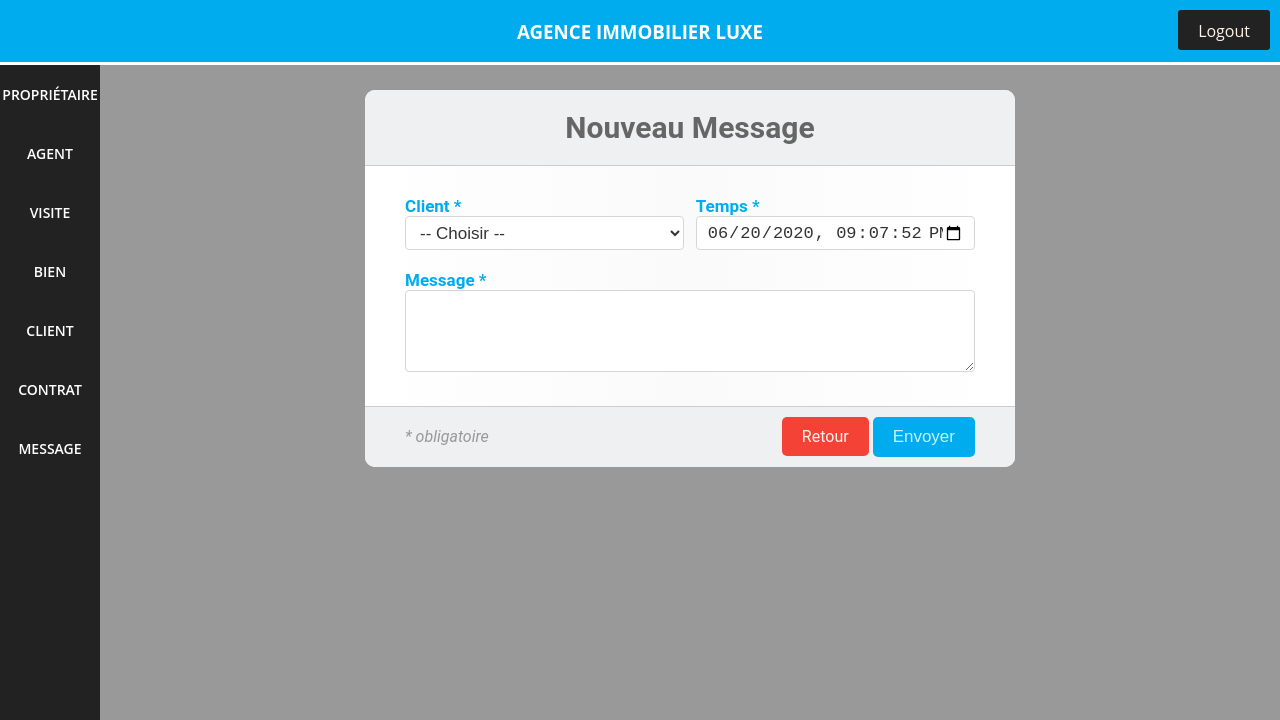
Repository: hassen-mnejja/Real_Estate_Agency_Website
Page: http://localhost/backoffice/WEB-INF/messageecrire.jsp
An editor plug-in stored every save of this project. The page is shown before and after the next save, followed by the edit.
The browser window is 1280 px wide. The pictures show the whole page.
Some icons come from a web library that is not loaded, so they are not drawn. The page is served by Tomcat 9. Nobody is signed in. The template is opened directly, without the code that normally fills it, so the values that code supplies are empty.

Above is the page before, as saved 2020-06-24 09:46:58.

After the next save:
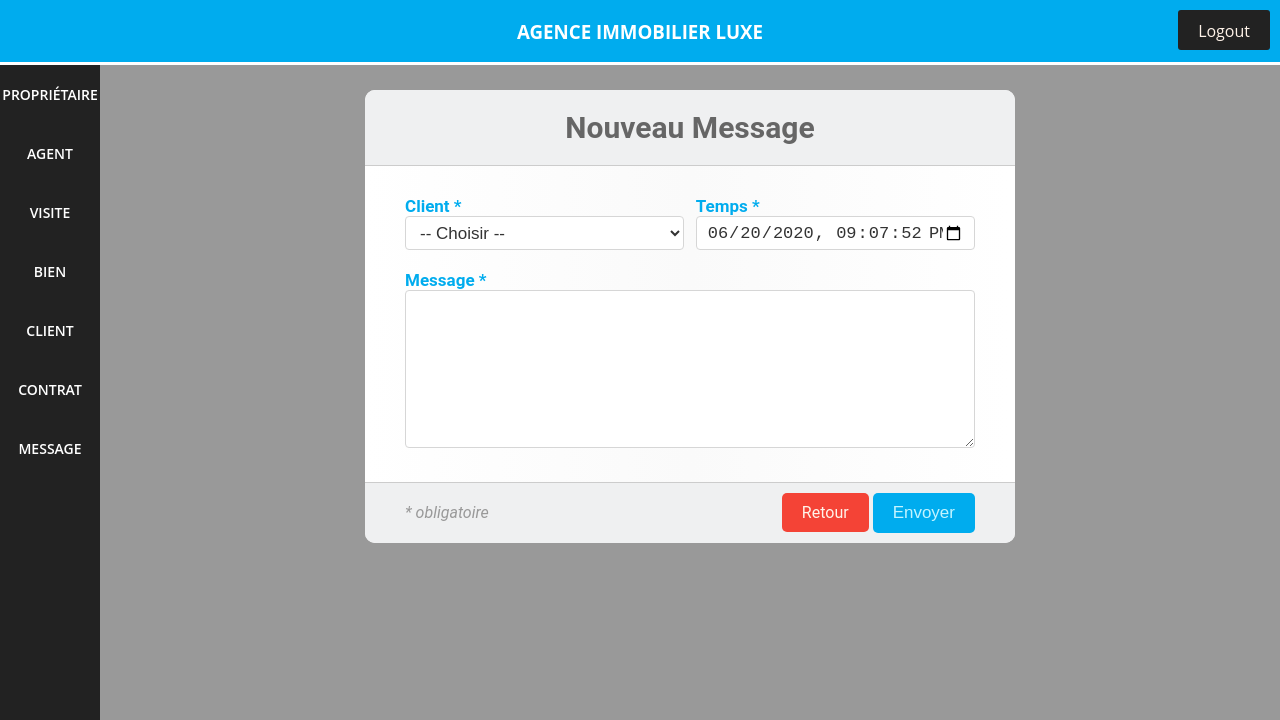
Saved 73 s later.
--- a/backoffice/WebContent/WEB-INF/messageecrire.jsp
+++ b/backoffice/WebContent/WEB-INF/messageecrire.jsp
@@ -59,7 +59,7 @@ a.log {
 				<!-- Adresse -->
 				<div class="form-group">
 					<br> <label for="adress" class="label-title">Message *</label>
-					<textarea class="form-input" name="adress" rows="4" cols="50" style="height: auto" required="required"></textarea>
+					<textarea class="form-input" name="adress" rows="8" cols="50" style="height: auto" required="required"></textarea>
 				</div>
 			</div>
 
